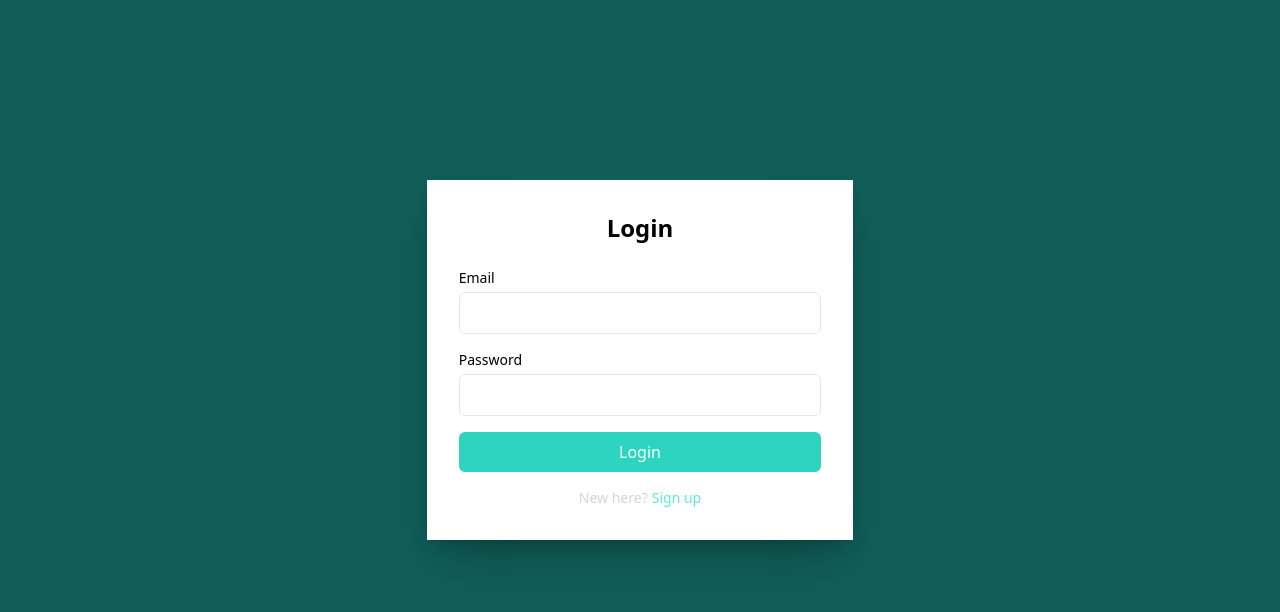
Repository: alizey12/POS-React-website
Page: /
An editor plug-in stored every save of this project. The page is shown before and after a run of saves, followed by the edit.
The browser window is 1280 px wide. The pictures show the whole page.
The project was rebuilt for these pictures with package versions that can differ from the ones it lists, and the page was loaded fresh each time. Also part of the build but not shown: vite.config.js, src/navbar.jsx, src/sidebar.jsx, src/Dashboard.jsx.

Above is the page before, as saved 2024-12-30 22:56:18.

### src/App.jsx
import { BrowserRouter as Router, Routes, Route } from 'react-router-dom';
import LoginPage from "./login"
import Dashboard from './Dashboard';

function App() {
  return (
    <Router>
      <Routes>
        <Route path="/" element={<LoginPage />} />
        <Route path="/dashboard" element={<Dashboard />} />
      </Routes>
    </Router>
  );
}

export default App;

### src/login.jsx
import { useState } from 'react';
import toast, { Toaster } from 'react-hot-toast';
import { useNavigate } from 'react-router-dom';

const SignupLogin = () => {
  const [isLogin, setIsLogin] = useState(true);
  const [formData, setFormData] = useState({
    email: '',
    password: '',
    confirmPassword: '',
  });
  const [errors, setErrors] = useState({});
  const [storedUser, setStoredUser] = useState(null);
  const navigate = useNavigate();

  const toggleForm = () => setIsLogin(!isLogin);

  const handleChange = (e) => {
    const { name, value } = e.target;
    setFormData({ ...formData, [name]: value });
    setErrors({ ...errors, [name]: '' }); // Clear error on change
  };

  const validateForm = () => {
    const newErrors = {};
    if (!formData.email) newErrors.email = 'Please enter email';
    if (!formData.password) newErrors.password = 'Please enter password';
    if (!isLogin && formData.password !== formData.confirmPassword) {
      newErrors.confirmPassword = 'Passwords do not match';
    }
    setErrors(newErrors);
    return Object.keys(newErrors).length === 0;
  };

  const handleSubmit = (e) => {
    e.preventDefault();
    if (!validateForm()) return;

    const { email, password } = formData;

    if (isLogin) {
      if (storedUser && email === storedUser.email && password === storedUser.password) {
        toast.success('Login successful!');
        setTimeout(() => navigate('/dashboard'), 1500);
      } else {
        toast.error('Your email or password is incorrect. Please try again.');
      }
    } else {
      setStoredUser({ email, password });
      toast.success('Signup successful!');
      setTimeout(() => setIsLogin(true), 1500);
    }
  };

  return (
    <div className="flex items-center justify-center min-h-screen  bg-teal-800 to-yellow-500">
      <div className=" bg-white w-1/3 shadow-lg rounded-lg">

        <div className="w-full bg-white shadow-grey-600 shadow-2xl p-8 justify-center">
          <h2 className="text-2xl font-bold text-center ">
            {isLogin ? 'Login' : 'Sign Up'}
          </h2>
          <form onSubmit={handleSubmit} className="mt-6 space-y-4">
            <div>
              <label className="block text-sm font-medium ">Email</label>
              <input
                type="email"
                name="email"
                value={formData.email}
                onChange={handleChange}
                className="mt-1 block w-full p-2 border rounded-md focus:outline-none focus:ring-blue-500 focus:border-blue-500"
              />
              {errors.email && <p className="text-red-500 text-sm mt-1">{errors.email}</p>}
            </div>
            <div>
              <label className="block text-sm font-medium ">Password</label>
              <input
                type="password"
                name="password"
                value={formData.password}
                onChange={handleChange}
                className="mt-1 block w-full p-2 border rounded-md focus:outline-none focus:ring-blue-500 focus:border-blue-500"
              />
              {errors.password && <p className="text-red-500 text-sm mt-1">{errors.password}</p>}
            </div>
            {!isLogin && (
              <div>
                <label className="block text-sm font-medium ">Confirm Password</label>
                <input
                  type="password"
                  name="confirmPassword"
                  value={formData.confirmPassword}
                  onChange={handleChange}
                  className="mt-1 block w-full p-2 border rounded-md focus:outline-none focus:ring-blue-500 focus:border-blue-500"
                />
                {errors.confirmPassword && <p className="text-red-500 text-sm mt-1">{errors.confirmPassword}</p>}
              </div>
            )}
            <button
              type="submit"
              className="w-full bg-teal-400 text-white p-2 rounded-md hover:bg-teal-200 focus:outline-none focus:ring-2 focus:ring-blue-500 focus:ring-offset-2"
            >
              {isLogin ? 'Login' : 'Sign Up'}
            </button>
          </form>
          <p className="text-center text-sm text-gray-300 mt-4">
            {isLogin ? 'New here?' : 'Already have an account?'}
            <button
              type="button"
              onClick={toggleForm}
              className="ml-1 text-teal-300 hover:underline"
            >
              {isLogin ? 'Sign up' : 'Login'}
            </button>
          </p>
        </div>
      </div>
      <Toaster />
    </div>
  );
};

export default SignupLogin;

Loaded but not shown: index.html (common file); src/main.jsx (common file); src/index.css (common file); tailwind.config.js (common file)

After the next 2 saves:
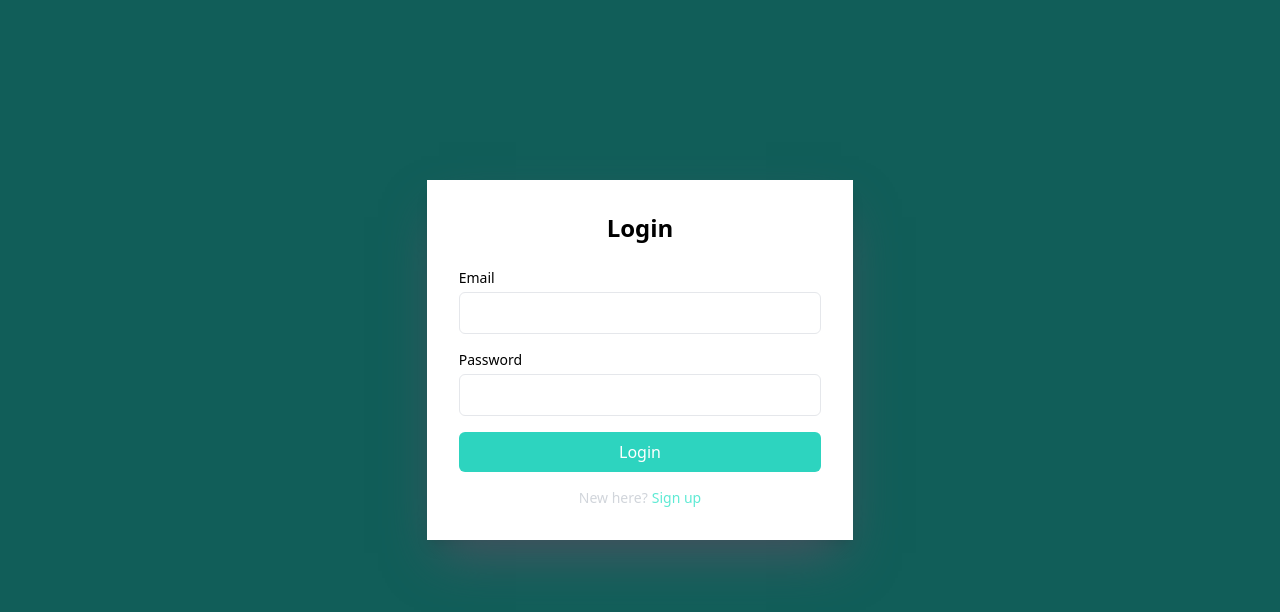
The 2 saves are shown as one change because they came seconds apart.
The last was saved 5 s later.
--- a/src/login.jsx
+++ b/src/login.jsx
@@ -56,7 +56,7 @@ const SignupLogin = () => {
     <div className="flex items-center justify-center min-h-screen  bg-teal-800 to-yellow-500">
       <div className=" bg-white w-1/3 shadow-lg rounded-lg">
 
-        <div className="w-full bg-white shadow-grey-600 shadow-2xl p-8 justify-center">
+        <div className="w-full bg-white shadow-gray-600 shadow-2xl p-8 justify-center">
           <h2 className="text-2xl font-bold text-center ">
             {isLogin ? 'Login' : 'Sign Up'}
           </h2>
